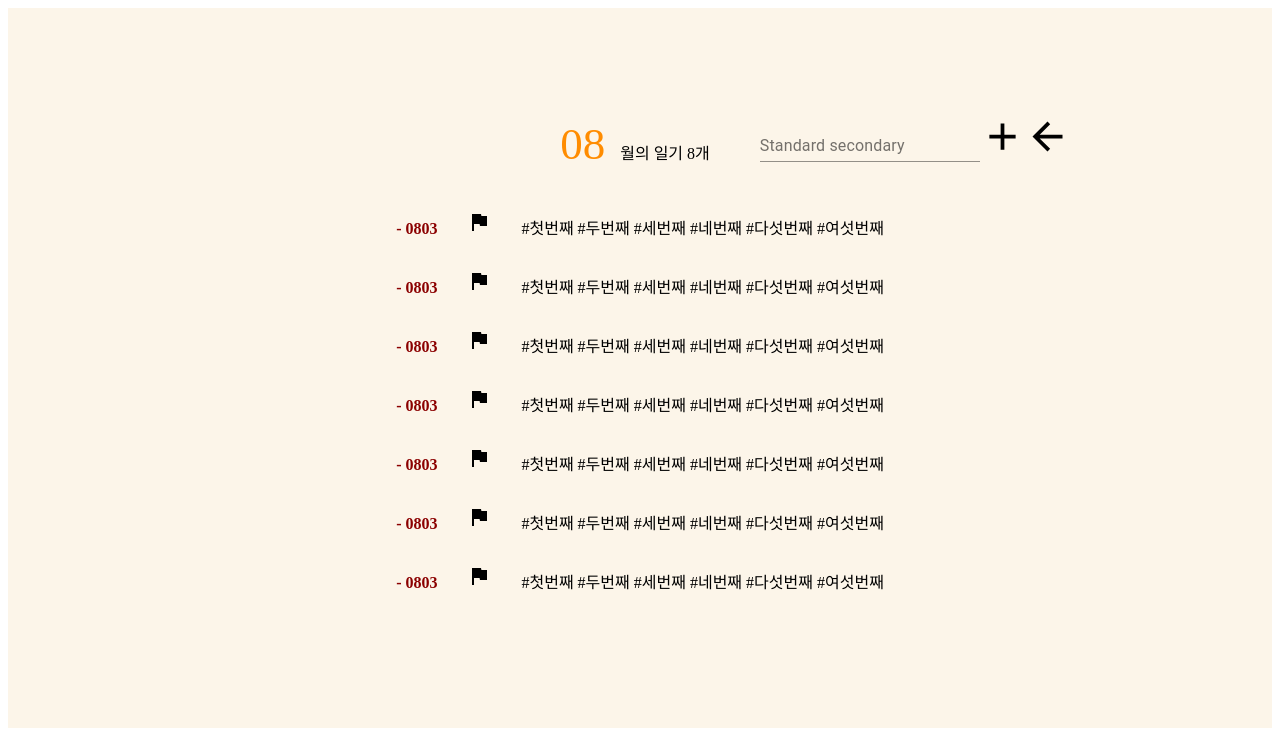
Repository: IMHANA/diary
Page: /list
An editor plug-in stored every save of this project. The page is shown before and after the next save, followed by the edit.
The browser window is 1280 px wide. The pictures show the whole page.
The project was rebuilt for these pictures with package versions that can differ from the ones it lists, and the page was loaded fresh each time. Also part of the build but not shown: src/App.css, src/pages/Main/main.js, src/pages/Month/month.js.

Above is the page before, as saved 2021-08-05 17:44:07.

After the next save:
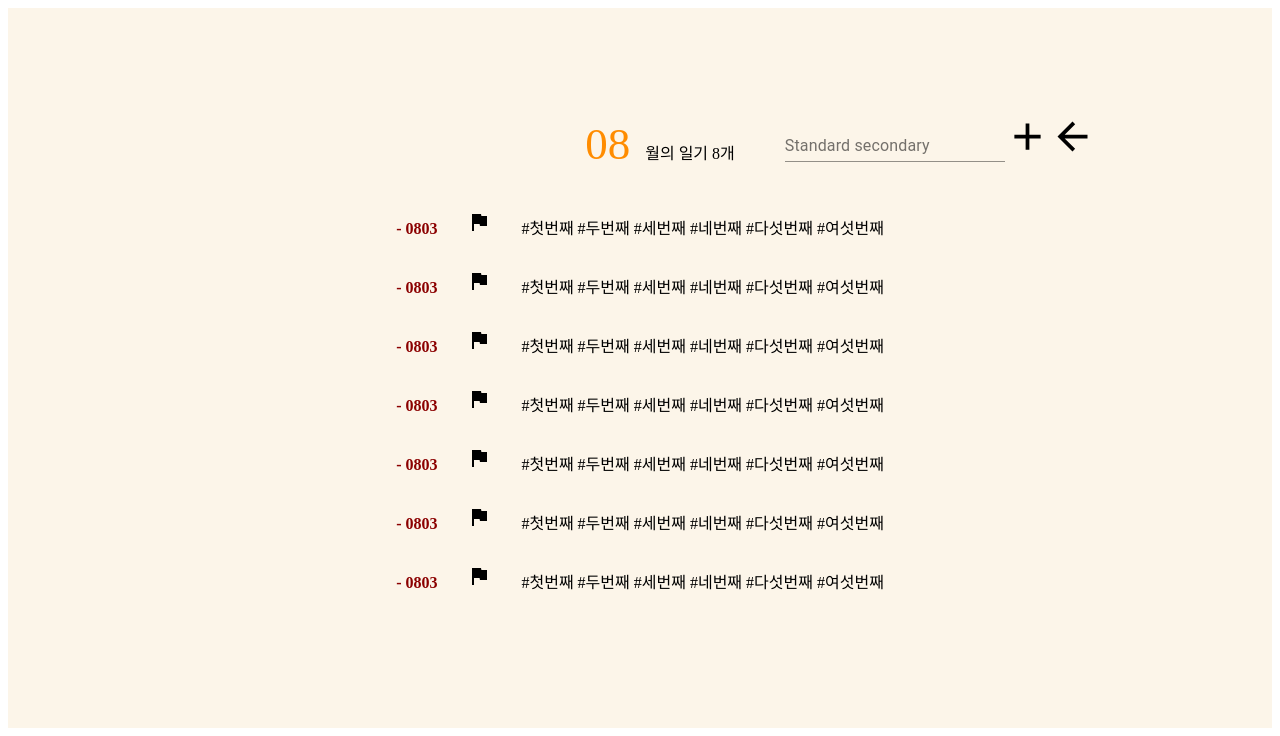
Saved 13 s later.
--- a/src/pages/DayList/dayList.css
+++ b/src/pages/DayList/dayList.css
@@ -14,7 +14,7 @@
 #month {
     color:darkorange;
     font-size: 45px;
-    margin-left: 350px;
+    margin-left: 400px;
 }
 
 #month_sub {
